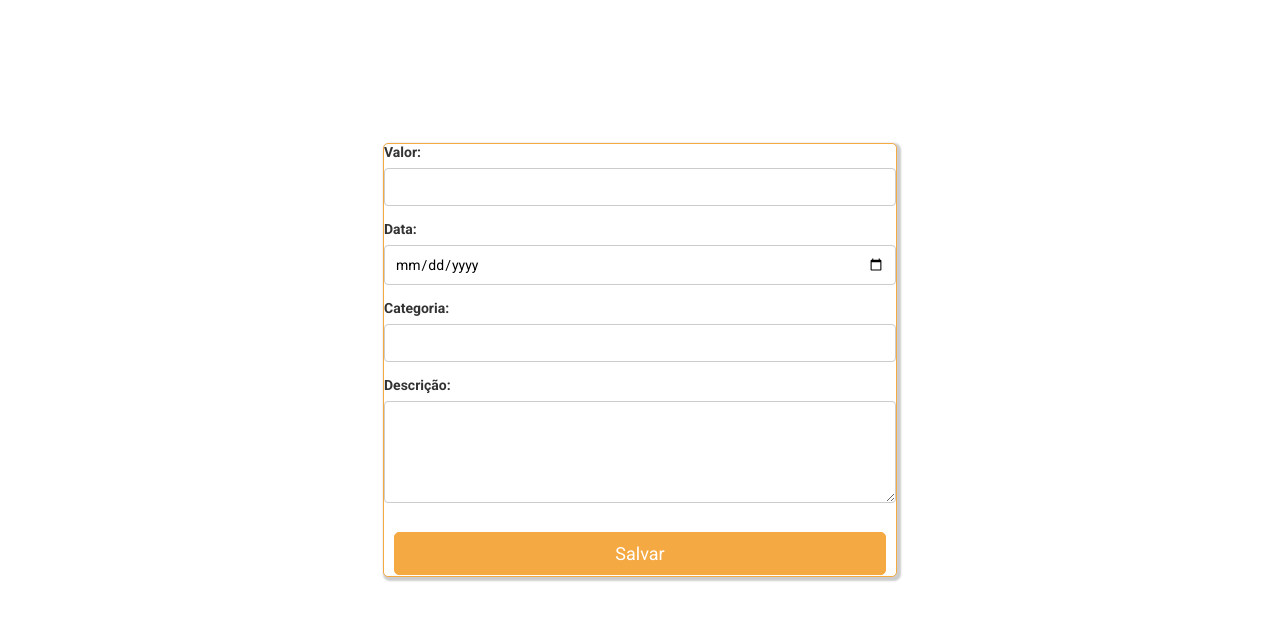
Repository: alexsanderkafka/java-servlets
Page: http://localhost/SaveMoney/cadastrarDespesa.jsp
An editor plug-in stored every save of this project. The page is shown before and after the next save, followed by the edit.
The browser window is 1280 px wide. The pictures show the whole page.
The page is served by Tomcat 9. Nobody is signed in. The application's start-up code is not run. Other server files are loaded and not shown.

Above is the page before, as saved 2024-10-03 12:46:35.

### SaveMoney/src/main/webapp/cadastrarDespesa.jsp
<%@ page language="java" contentType="text/html; charset=UTF-8"
    pageEncoding="UTF-8"%>
<!DOCTYPE html>
<html>
<head>
	<meta charset="UTF-8">
	<title>Insert title here</title>
	<link rel="stylesheet" href="styles/style.css">
</head>
<body>

	<div class="container-initial">
        <div class="box-register">
        	<div class="fields">
        		<label>Valor: </label>
        		<input type="number">
        	</div>

        	<div class="fields">
        		<label>Data: </label>
        		<input type="date">
        	</div>

        	<div class="fields">
        		<label>Categoria: </label>
        		<input type="text">
        	</div>

        	<div class="fields">
        		<label>Descrição: </label>
        		<textarea rows="5" cols="2"></textarea>
        	</div>

        	<button class="button-page-index">Salvar</button>
        </div>
    </div>

</body>
</html>

### SaveMoney/src/main/webapp/styles/style.css
@import url('https://fonts.googleapis.com/css2?family=Roboto:ital,wght@0,100;0,300;0,400;0,500;0,700;0,900;1,100;1,300;1,400;1,500;1,700;1,900&display=swap');

html, body, div, span, applet, object, iframe,
h1, h2, h3, h4, h5, h6, p, blockquote, pre,
a, abbr, acronym, address, big, cite, code,
del, dfn, em, img, ins, kbd, q, s, samp,
small, strike, strong, sub, sup, tt, var,
b, u, i, center,
dl, dt, dd, ol, ul, li,
fieldset, form, label, legend,
table, caption, tbody, tfoot, thead, tr, th, td,
article, aside, canvas, details, embed,
figure, figcaption, footer, header, hgroup,
menu, nav, output, ruby, section, summary,
time, mark, audio, video {
    margin: 0;
    padding: 0;
    border: 0;
    font-size: 100%;
    font: inherit;
    vertical-align: baseline;
}

/*CSS INDEX*/

.container-initial {
    width: 100vw;
    height: 100vh;
    display: flex;
    flex-direction: column;
    justify-content: center;
    align-items: center;
}

.container-initial h1{
    font-size: 64px;
    font-family: "Roboto", system-ui;
    font-weight: 600;
    text-decoration: underline;
    text-decoration-color: #F4A942;
    margin-bottom: 25px;
}

.box-menu {
    width: 300px;
    height: 300px;
    background: white;
    border: 1px solid #F4A942;
    border-radius: 5px;
    display: flex;
    flex-direction: column;
    justify-content: center;
    box-shadow: 2px 2px 2px 2px rgba(0, 0, 0, 0.2);
}


.button-page-index{
	margin: 10px;
	padding: 10px;
	border: 1px solid #F4A942;
	background: #F4A942;
	border-radius: 5px;
	color: white;
	font-weight: 400;
	font-family: "Roboto", system-ui;
	font-size: 18px;
	transition: background-color 0.5s ease;
}

.button-page-index:hover{
	background-color: #f7b64e;
}

/*CSS PAGINA CADASTRO DE DESPESA*/
.container-initial {
    font-family: 'Roboto', sans-serif;
}

.box-register {
    width: 40%;
    height: 60%;
    background: white;
    border: 1px solid #F4A942;
    border-radius: 5px;

    display: flex;
    flex-direction: column;
    /*
    justify-content: center;*/
    box-shadow: 2px 2px 2px 2px rgba(0, 0, 0, 0.2);
}

.fields label {
    display: block;
    margin-bottom: 8px;
    font-weight: bold;
    font-size: 14px;
    color: #333;
}

.fields input,
.fields textarea {
    width: 100%;
    padding: 10px;
    margin-bottom: 15px;
    border: 1px solid #ccc;
    border-radius: 4px;
    box-sizing: border-box;
    font-family: 'Roboto', sans-serif;
    font-size: 14px;
}

.container-initial textarea {
    resize: vertical;
}

After the next save:
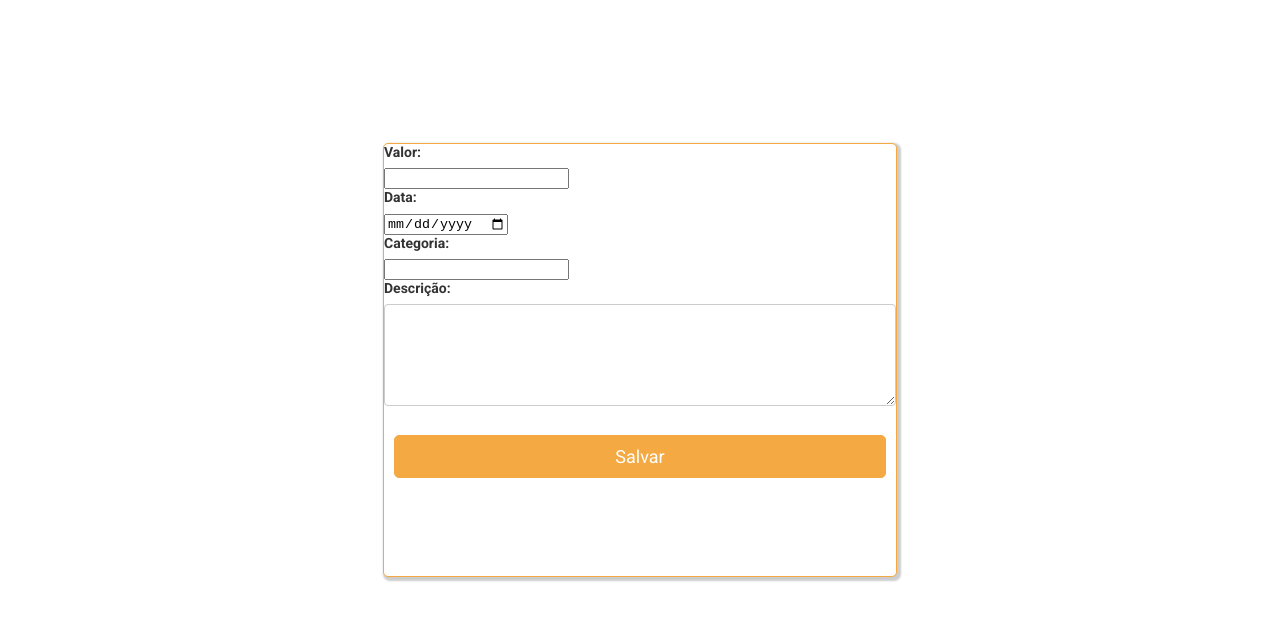
Saved 2 min 35 s later.
--- a/SaveMoney/src/main/webapp/styles/style.css
+++ b/SaveMoney/src/main/webapp/styles/style.css
@@ -90,7 +90,7 @@
     box-shadow: 2px 2px 2px 2px rgba(0, 0, 0, 0.2);
 }
 
-.fields label {
+.container-initial label {
     display: block;
     margin-bottom: 8px;
     font-weight: bold;
@@ -98,8 +98,8 @@
     color: #333;
 }
 
-.fields input,
-.fields textarea {
+.container-initial inpu,
+.container-initial textarea {
     width: 100%;
     padding: 10px;
     margin-bottom: 15px;
